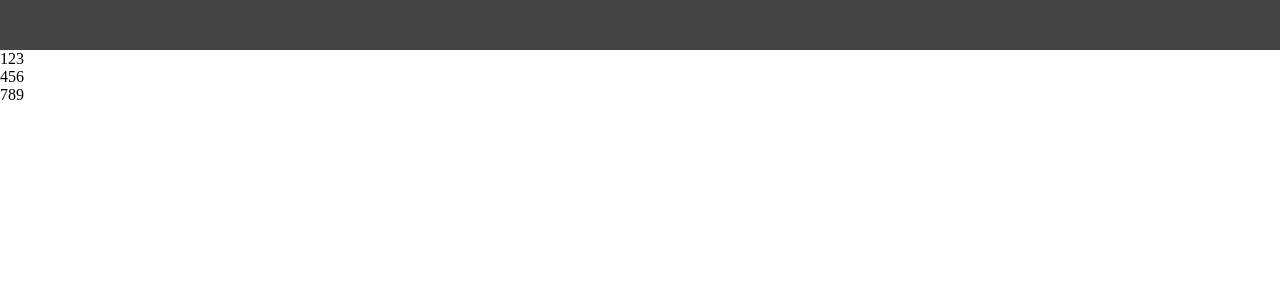
Repository: jinggegeZ/cnode
Page: /
The author's editor kept a copy of each file at every save. The page is drawn from the files as they stood at one save, then again after the next save.
The browser window is 1280 px wide. The pictures show the whole page.
The project was rebuilt for these pictures with package versions that can differ from the ones it lists, and the page was loaded fresh each time.

Above is the page before, as saved 2020-06-04 18:38:03.

After the next save:
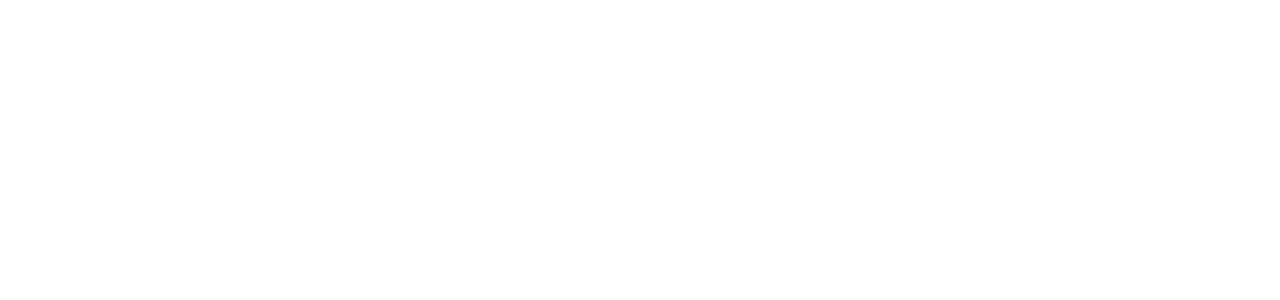
Console error: ReferenceError: layout1 is not defined
Saved 90 s later.
--- a/src/router/index.js
+++ b/src/router/index.js
@@ -12,8 +12,8 @@
     },
   {
     path:'/',
-    name:'layout',
-    component: layout,
+    name:'layout1',
+    component: layout1,
     children:[
       {
         path: '',

After the 2 saves that followed:
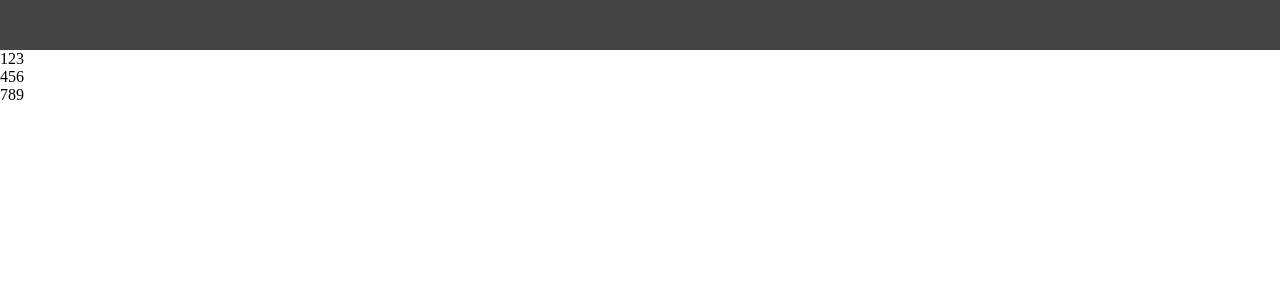
The error is gone.
The 2 saves are shown as one change because 1 left the picture as it was.
The last was saved 43 s later.
--- a/src/router/index.js
+++ b/src/router/index.js
@@ -12,8 +12,8 @@
     },
   {
     path:'/',
-    name:'layout1',
-    component: layout1,
+    name:'layout',
+    component: layout,
     children:[
       {
         path: '',
